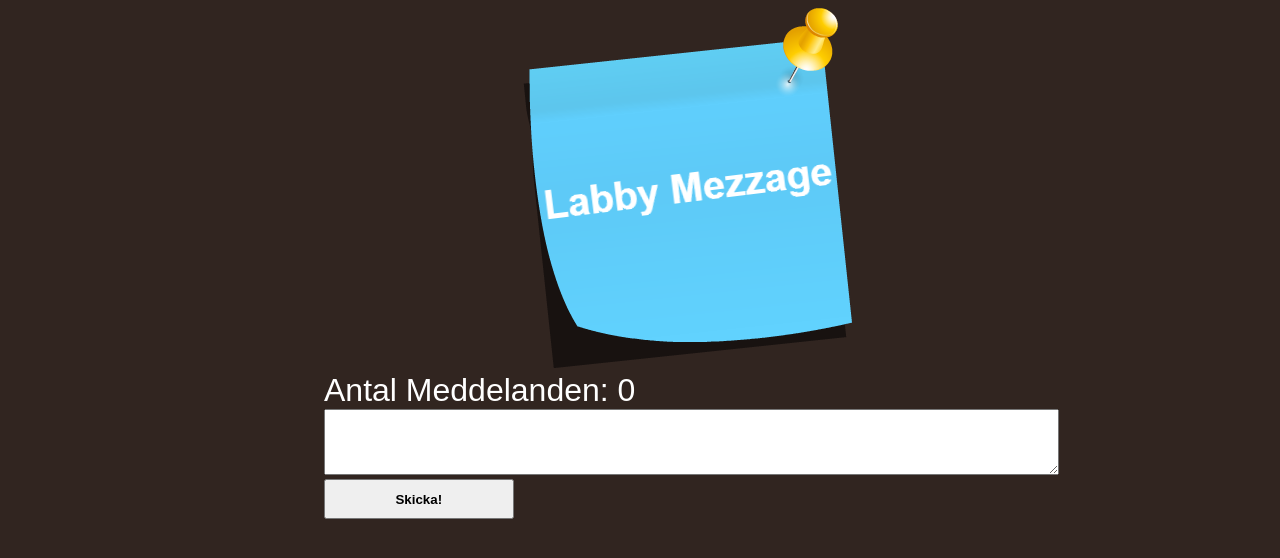
Repository: dg222dm/1dv403-laborationer
Page: 2-labbymezzage/index.html
The author's editor kept a record of every edit. The page is drawn from the files as they stood at one moment, then again after the next edit.
The browser window is 1280 px wide. The pictures show the whole page.

Above is the page before.

### 2-labbymezzage/index.html
<!DOCTYPE html>
<html>
    <head>
        <title>Labby Mezzage</title>

        <link rel="stylesheet"  href="css/stylesheet.css" media="screen" />
    </head>


    <body>


        <main>

        <img div="banner" alt="Labby Mezzage" src="banner.png">
        <div id="numberOfMessages">Antal Meddelanden: 0</div>
        <textarea id="textarea" rows="4" cols="50" ></textarea>
        <input id="button" type="submit" value="Skicka!" />
        <div id="messageArea"></div>


        </main>
        <script src="script/Message.js"></script>  <!-- Varför måste detta vara här?  -->
        <script src="script/MessageBoard.js"></script>
    </body>
</html>

### 2-labbymezzage/css/stylesheet.css
main
{
    width:50%;
    display:block;
    margin-left:auto;
    margin-right:auto;
}



.timeImg
{
    height:32px;
    width:32px;
    min-height:32px;
    min-width:32px;
}

#numberOfMessages{
    font-size:32px;
    font-family:sans-serif;
    color:white;
}

body
{
    background-color:#312520;
}

#messageArea
{
    font-family:sans-serif;
    color:white;
    font-size:32px;
}

#textarea
{
    width:729px;
    max-width:729px;
    max-height:60px;
}
#banner
{
    display: block;
    margin-left: auto;
    margin-right: auto;
}

#button
{
    font-weight:bold;
    width:30%;
    height:40px;

}

### 2-labbymezzage/script/Message.js
"use strict";

//Konstruktor
function Message(message, date){

    this.getText = function(){
        return message;
    };

    this.setText = function(_text){
        message = _text;
    };

    this.getDate = function(){
        return date;
    };

    this.setdate = function(_date){
        date = _date;
    };

}

Message.prototype.toString = function(){
    return this.getText()+" ("+this.getDate()+")";
};

Message.prototype.getHTMLText = function(){
    return this.getText().replace(/[\n\r]/g, "<br/>");
};

Message.prototype.getDateText = function(){
    var Hour = this.getDate().getHours();
    var Minutes = this.getDate().getMinutes();
    var Seconds = this.getDate().getSeconds();
    if (Minutes < 10)
    {
        Minutes = "0"+Minutes;
    }
        if (Seconds < 10)
    {
        Seconds = "0"+Seconds;
    }

    return +Hour+":"+Minutes+":"+Seconds;
};

### 2-labbymezzage/script/MessageBoard.js
"use strict";

var MessageBoard = {

    messages: [],
    amountOfMessages: 0,
    init: function(){

        var button = document.getElementById("button");
        button.onclick = MessageBoard.createMessage;

        var entersend = document.getElementById("textarea");
        entersend.onkeypress=function(e){if (e.keyCode == 13 && !e.shiftKey && document.getElementById("textarea").value !== ""){
                e.preventDefault();
                MessageBoard.createMessage();
                }
                if (e.keyCode == 13 && document.getElementById("textarea").value === "")
                {e.preventDefault()}
        };

    },

    createMessage:function(){

        var input = document.getElementById("textarea").value; //spara det som skrivs i textarea till value

        MessageBoard.messages.push(new Message(input, new Date())); //skapa nytt objekt och pusha det till arrayn

        MessageBoard.amountOfMessages += 1;

        document.getElementById("numberOfMessages").innerHTML = "Antal Meddelanden: " + MessageBoard.messages.length;
        MessageBoard.renderMessage(MessageBoard.messages.length-1); //Kalla på renderMessage med arrayns längd - 1

    },

    renderMessage: function(messageID){

        var deleteImg = document.createElement("img");
        var timeImg = document.createElement("img");

        deleteImg.src = "delete.png";
        timeImg.src = "time.png";


        var text = document.createElement("p");
        text.innerHTML = MessageBoard.messages[messageID].getHTMLText();

        var timeStamp = document.createElement("p");

        timeStamp.innerHTML = MessageBoard.messages[messageID].getDateText();

        messageArea.appendChild(text);
        text.appendChild(timeStamp);

        text.appendChild(timeImg);
        text.appendChild(deleteImg);

        deleteImg.className = "deleteImg";
        timeImg.className = "timeImg";

        deleteImg.addEventListener("click", function(e){
            if(confirm("Vill du ta bort detta meddelande?"))
            {
                MessageBoard.amountOfMessages = MessageBoard.amountOfMessages -1;
                text.parentNode.removeChild(text);
                document.getElementById("numberOfMessages").innerHTML = "Antal Meddelanden: "+MessageBoard.amountOfMessages;
            }

        });

        timeImg.addEventListener("click", function(e){
            alert(MessageBoard.messages[messageID].getDate());
        });
    }
};
window.onload = MessageBoard.init; //Säger till webbläsaren när alla resureser är färdigladdade och refererar då till functionen i MessageBoard.

After the next edit:
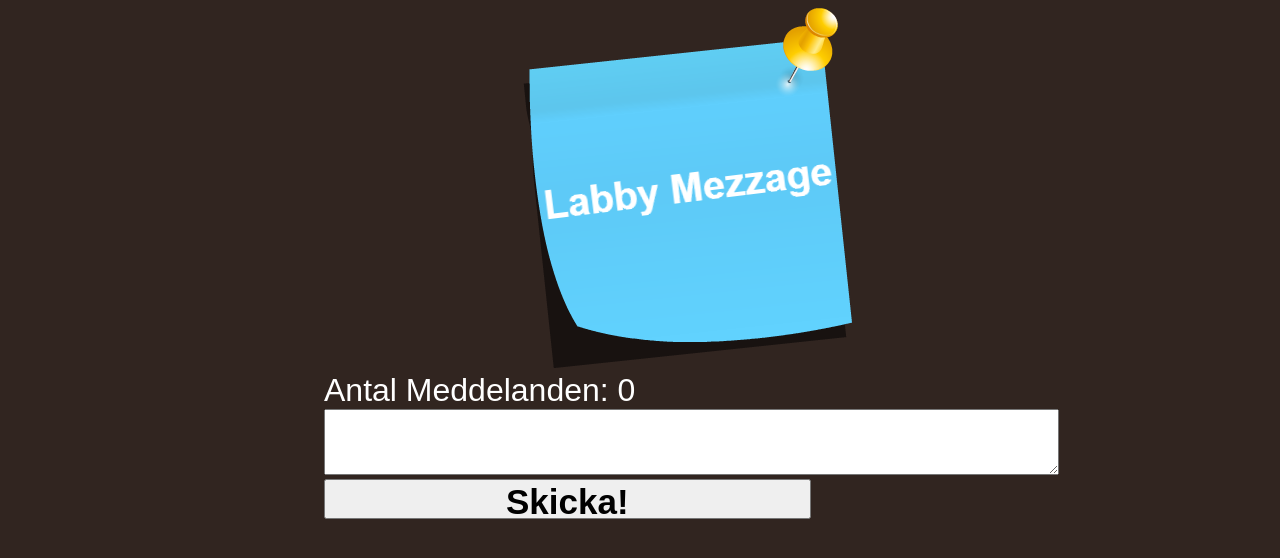
The edit:
--- a/2-labbymezzage/css/stylesheet.css
+++ b/2-labbymezzage/css/stylesheet.css
@@ -50,7 +50,8 @@
 #button
 {
     font-weight:bold;
-    width:30%;
+    width:77%;
     height:40px;
+    font-size:35px;
 
 }
